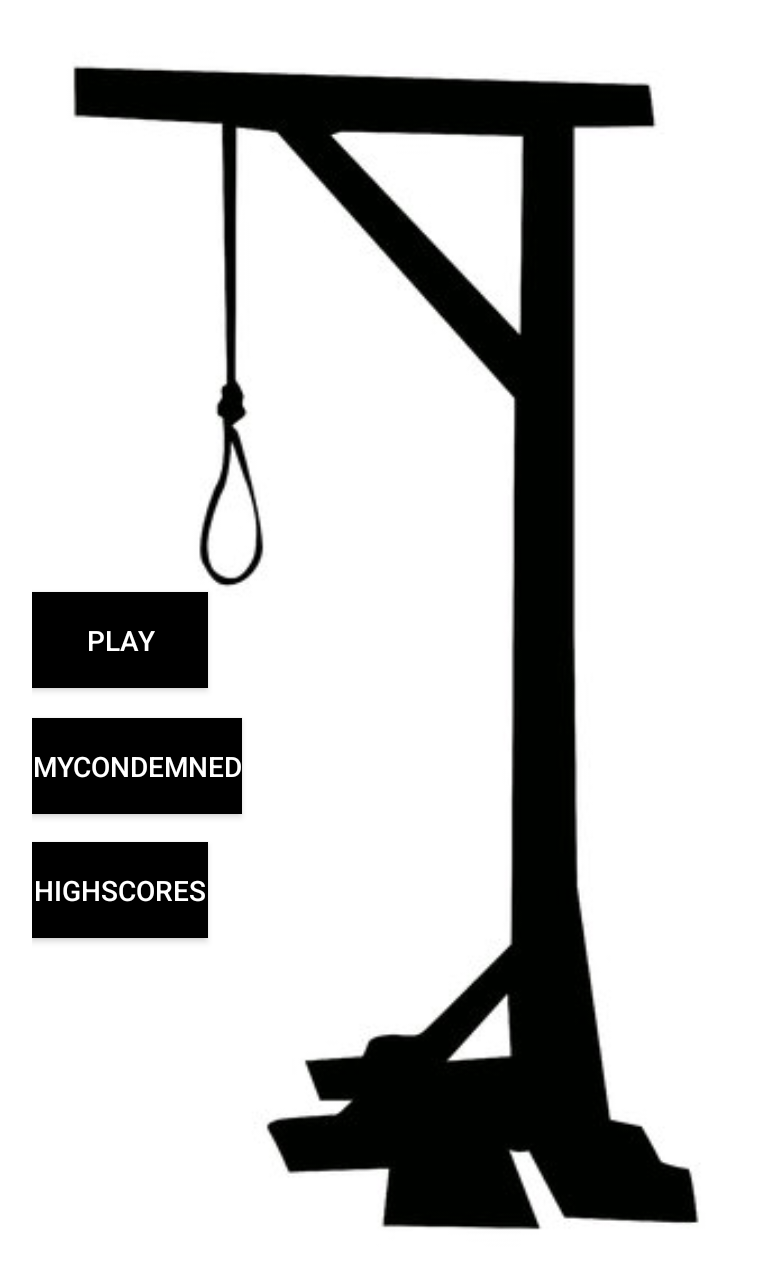
Repository: Sjaakja/hangman_app_studio
Layout: workspace/Hangman-TimeToSaveYourFriends/res/layout/fragment_main.xml
The author's editor kept a copy of each file at every save. The layout is drawn from the files as they stood at one save, then again after the next save.
It is drawn on a 768 x 1280 px phone screen (xhdpi) without system bars, with theme AppTheme; the app's code is not run.

Above is the layout before, as saved 2014-06-10 11:23:22.

### workspace/Hangman-TimeToSaveYourFriends/res/layout/fragment_main.xml
<RelativeLayout xmlns:android="http://schemas.android.com/apk/res/android"
    xmlns:tools="http://schemas.android.com/tools"
    android:background="@drawable/gallow"
    android:layout_width="match_parent"
    android:layout_height="match_parent"
    android:paddingBottom="@dimen/activity_vertical_margin"
    android:paddingLeft="@dimen/activity_horizontal_margin"
    android:paddingRight="@dimen/activity_horizontal_margin"
    android:paddingTop="@dimen/activity_vertical_margin"
    tools:context="com.example.hangman_timetosaveyourfriends.MainActivity$PlaceholderFragment" >

    <Button
        android:id="@+id/button1"
        android:layout_width="wrap_content"
        android:layout_height="wrap_content"
        android:layout_alignParentLeft="true"
        android:layout_centerVertical="true"
        android:text="@string/title_activity_play"
        android:background="@color/black"
        android:textColor="@color/white"
        android:onClick="toPlaySettings" />

    <Button
        android:id="@+id/button2"
        android:layout_width="wrap_content"
        android:layout_height="wrap_content"
        android:layout_alignLeft="@+id/button1"
        android:layout_below="@+id/button1"
        android:layout_marginTop="15dp"
        android:background="@color/black"
        android:text="@string/title_activity_my_condemned"
        android:textColor="@color/white"
        android:onClick="toMyCondemned" />

    <Button
        android:id="@+id/button3"
        android:layout_width="wrap_content"
        android:layout_height="wrap_content"
        android:layout_alignLeft="@+id/button2"
        android:layout_below="@+id/button2"
        android:layout_marginTop="14dp"
        android:background="@color/black"
        android:text="@string/title_activity_highscores"
        android:textColor="@color/white"
        android:onClick="toHighscores" />

</RelativeLayout>

### workspace/Hangman-TimeToSaveYourFriends/res/values/strings.xml
<?xml version="1.0" encoding="utf-8"?>
<resources>

    <string name="app_name">Hangman - Time to save your friends</string>
    <string name="hello_world">Hello world!</string>
    <string name="action_settings">Settings</string>
    <string name="title_activity_play_settings">PlaySettings</string>
    <string name="title_activity_play">Play</string>
    <string name="title_activity_my_condemned">MyCondemned</string>
    <string name="title_activity_highscores">Highscores</string>

</resources>

### workspace/Hangman-TimeToSaveYourFriends/res/values/color.xml
<?xml version="1.0" encoding="utf-8"?>
<resources>

    <item name="black" type="color">#000000</item>
    <item name="white" type="color">#FFFFFF</item>

    <item name="blue" type="color">#FF33B5E5</item>
    <item name="purple" type="color">#FFAA66CC</item>
    <item name="green" type="color">#FF99CC00</item>
    <item name="orange" type="color">#FFFFBB33</item>
    <item name="red" type="color">#FFFF4444</item>
    <item name="darkblue" type="color">#FF0099CC</item>
    <item name="darkpurple" type="color">#FF9933CC</item>
    <item name="darkgreen" type="color">#FF669900</item>
    <item name="darkorange" type="color">#FFFF8800</item>
    <item name="darkred" type="color">#FFCC0000</item>


</resources>

Loaded but not shown: workspace/Hangman-TimeToSaveYourFriends/res/values/styles.xml (common file); workspace/Hangman-TimeToSaveYourFriends/res/values-v11/styles.xml (common file); workspace/Hangman-TimeToSaveYourFriends/res/values-v14/styles.xml (common file); workspace/Hangman-TimeToSaveYourFriends/res/values/dimens.xml (common file); workspace/Hangman-TimeToSaveYourFriends/res/values-w820dp/dimens.xml (common file)

After the next save:
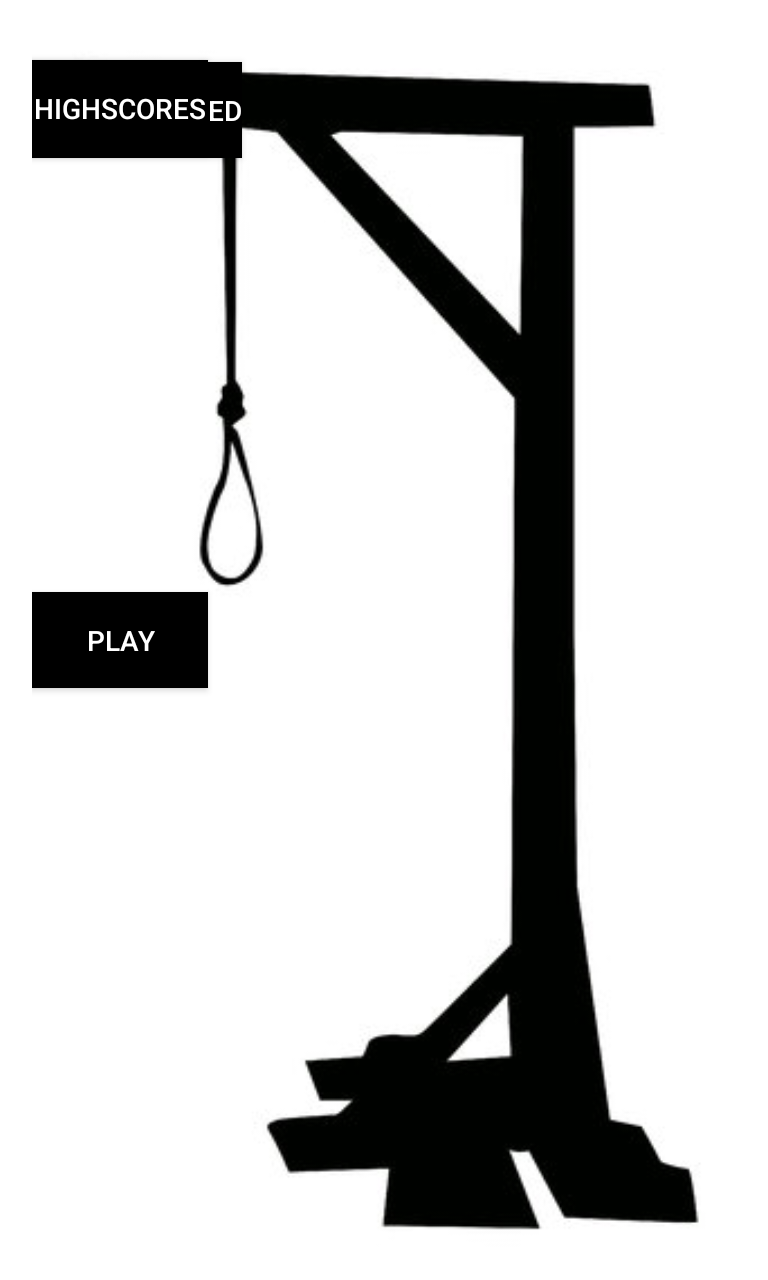
Saved 22 min 5 s later.
--- a/workspace/Hangman-TimeToSaveYourFriends/res/layout/fragment_main.xml
+++ b/workspace/Hangman-TimeToSaveYourFriends/res/layout/fragment_main.xml
@@ -10,38 +10,35 @@
     tools:context="com.example.hangman_timetosaveyourfriends.MainActivity$PlaceholderFragment" >
 
     <Button
-        android:id="@+id/button1"
+        android:id="button1"
         android:layout_width="wrap_content"
         android:layout_height="wrap_content"
         android:layout_alignParentLeft="true"
         android:layout_centerVertical="true"
         android:text="@string/title_activity_play"
         android:background="@color/black"
-        android:textColor="@color/white"
-        android:onClick="toPlaySettings" />
+        android:textColor="@color/white" />
 
     <Button
-        android:id="@+id/button2"
+        android:id="button2"
         android:layout_width="wrap_content"
         android:layout_height="wrap_content"
-        android:layout_alignLeft="@+id/button1"
-        android:layout_below="@+id/button1"
+        android:layout_alignLeft="button1"
+        android:layout_below="button1"
         android:layout_marginTop="15dp"
         android:background="@color/black"
         android:text="@string/title_activity_my_condemned"
-        android:textColor="@color/white"
-        android:onClick="toMyCondemned" />
+        android:textColor="@color/white" />
 
     <Button
-        android:id="@+id/button3"
+        android:id="button3"
         android:layout_width="wrap_content"
         android:layout_height="wrap_content"
-        android:layout_alignLeft="@+id/button2"
-        android:layout_below="@+id/button2"
+        android:layout_alignLeft="button2"
+        android:layout_below="button2"
         android:layout_marginTop="14dp"
         android:background="@color/black"
         android:text="@string/title_activity_highscores"
-        android:textColor="@color/white"
-        android:onClick="toHighscores" />
+        android:textColor="@color/white" />
 
 </RelativeLayout>

After the save that followed:
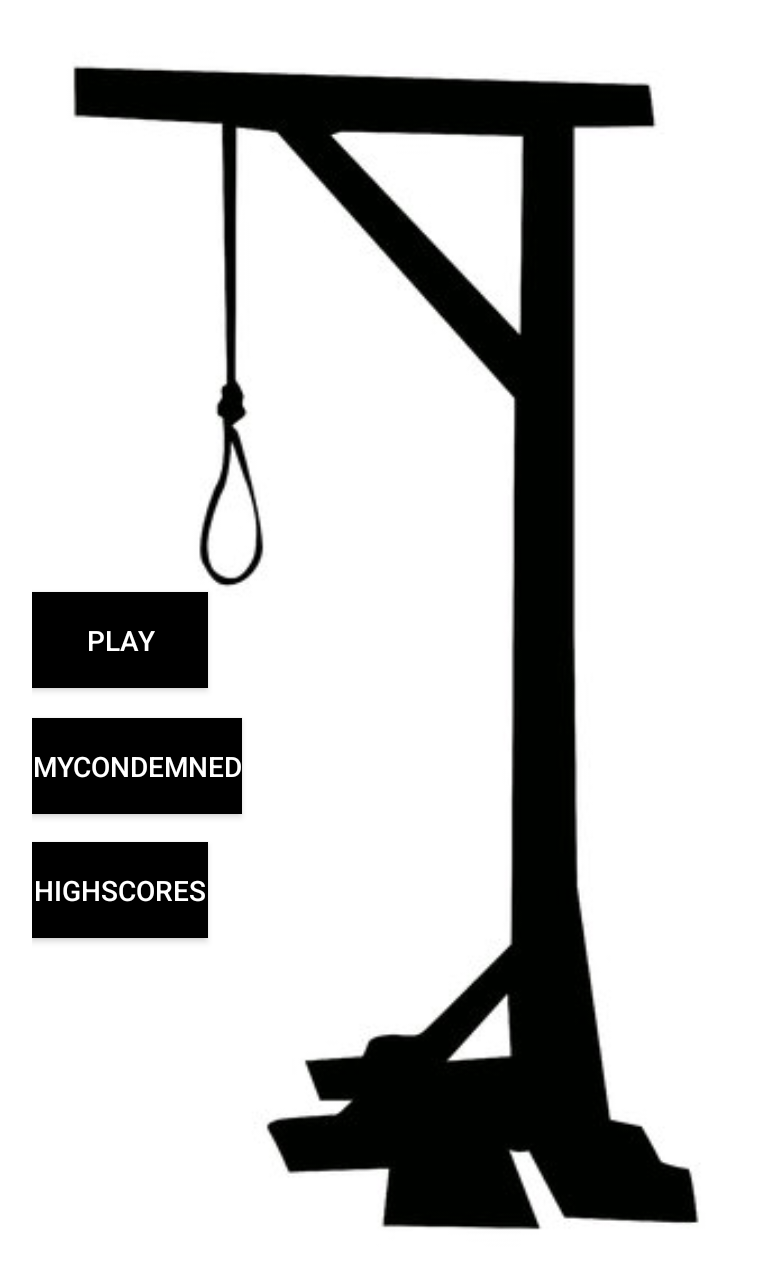
Saved 45 s later.
--- a/workspace/Hangman-TimeToSaveYourFriends/res/layout/fragment_main.xml
+++ b/workspace/Hangman-TimeToSaveYourFriends/res/layout/fragment_main.xml
@@ -10,7 +10,7 @@
     tools:context="com.example.hangman_timetosaveyourfriends.MainActivity$PlaceholderFragment" >
 
     <Button
-        android:id="button1"
+        android:id="@+id/button1"
         android:layout_width="wrap_content"
         android:layout_height="wrap_content"
         android:layout_alignParentLeft="true"
@@ -20,25 +20,27 @@
         android:textColor="@color/white" />
 
     <Button
-        android:id="button2"
+        android:id="@+id/button2"
         android:layout_width="wrap_content"
         android:layout_height="wrap_content"
-        android:layout_alignLeft="button1"
-        android:layout_below="button1"
+        android:layout_alignLeft="@+id/button1"
+        android:layout_below="@+id/button1"
         android:layout_marginTop="15dp"
         android:background="@color/black"
         android:text="@string/title_activity_my_condemned"
-        android:textColor="@color/white" />
+        android:textColor="@color/white"
+        android:onClick="toMyCondemned" />
 
     <Button
-        android:id="button3"
+        android:id="@+id/button3"
         android:layout_width="wrap_content"
         android:layout_height="wrap_content"
-        android:layout_alignLeft="button2"
-        android:layout_below="button2"
+        android:layout_alignLeft="@+id/button2"
+        android:layout_below="@+id/button2"
         android:layout_marginTop="14dp"
         android:background="@color/black"
         android:text="@string/title_activity_highscores"
-        android:textColor="@color/white" />
+        android:textColor="@color/white"
+        android:onClick="toHighscores" />
 
 </RelativeLayout>
